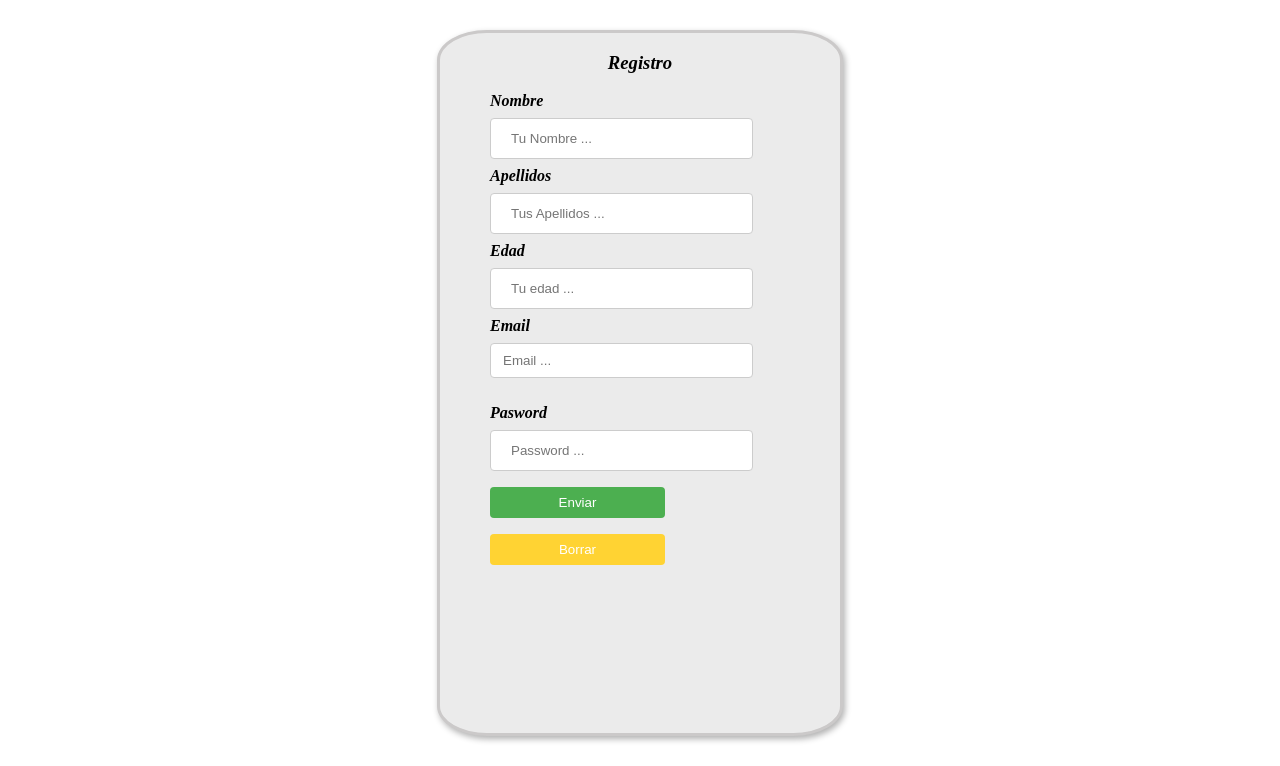
Repository: nachmz42/ProyectoJoker
Page: http://localhost/Joker/registro.jsp
An editor plug-in stored every save of this project. The page is shown before and after the next save, followed by the edit.
The browser window is 1280 px wide. The pictures show the whole page.
The page is served by Tomcat 9. Other server files are loaded and not shown.

Above is the page before, as saved 2021-07-02 13:07:56.

### Joker/src/main/webapp/registro.jsp
<%@ page language="java" contentType="text/html; charset=ISO-8859-1"
    pageEncoding="ISO-8859-1"%>
<!DOCTYPE html>
<html>
<head>
<meta charset="ISO-8859-1">
<title>Registro</title>
<link rel="stylesheet" href="STYLE/css/registro.css"></link>

</head>
<body>

<div class= "testbox">
<h3>Registro</h3>

<div class="form2">
  <form action="/Joker/ServletResgistro" method="post">
    <label for="nombre">Nombre</label><br>
    <input type="text" id="nombre" name="nombre" placeholder="Tu Nombre ..."><br>

    <label for="apellidos">Apellidos</label><br>
    <input type="text" id="apellidos" name="apellidos" placeholder="Tus Apellidos ..."><br>

    <label for="edad">Edad</label><br>
    <input type="text" id="edad" name="edad" placeholder="Tu edad ..."><br>

    <label for="email">Email</label><br>
    <input type="email" id="email" name="email" placeholder="Email ..."><br>
    <br>
    <label for="password">Pasword</label><br>
    <input type="text" id="password" name="password" placeholder="Password ...">  <br>

    <input type="submit" value="Enviar"><br>
    <input type="reset" value="Borrar"><br>
  </form>
</div>

</div>
</body>
</html>

### Joker/src/main/webapp/STYLE/css/registro.css
@charset "ISO-8859-1";



input[type=text], select {
	width: 75%;
	padding: 12px 20px;
	margin: 8px 0;
	display: inline-block;
	border: 1px solid #ccc;
	border-radius: 4px;
	box-sizing: border-box;
}

input[type=email], select {
	width: 75%;
	padding: 9px 12px;
	margin: 8px 0;
	display: inline-block;
	border: 1px solid #ccc;
	border-radius: 4px;
	box-sizing: border-box;
}

input[type=submit] {
	width: 50%;
	background-color: #4CAF50;
	color: white;
	padding: 8px 0px;
	margin: 8px 0;
	border: none;
	border-radius: 4px;
	cursor: pointer;
	Text-align: center;
}

input[type=reset] {
	width: 50%;
	background-color: #FFD333;
	color: white;
	padding: 8px 0px;
	margin: 8px 0;
	border: none;
	border-radius: 4px;
	cursor: pointer;
	Text-align: center;
}


.testbox {
	margin: 30px auto;
	width: 400px;
	height: 700px;
	-webkit-border-radius: 50px/30px;
	-moz-border-radius: 50px/30px;
	border-radius: 50px/30px;
	background-color: #ebebeb;
	-webkit-box-shadow: 2px 3px 6px rgba(0, 0, 0, .31);
	-moz-box-shadow: 2px 3px 6px rgba(0, 0, 0, .31);
	box-shadow: 2px 3px 6px rgba(0, 0, 0, .31);
	border: solid 3px #cbc9c9;
	Text-align: center;
	 font: oblique bold 100% cursive;
}





.form2 {
    Text-align: left;
    width: 350px;
    margin-left: 50px;
}

After the next save:
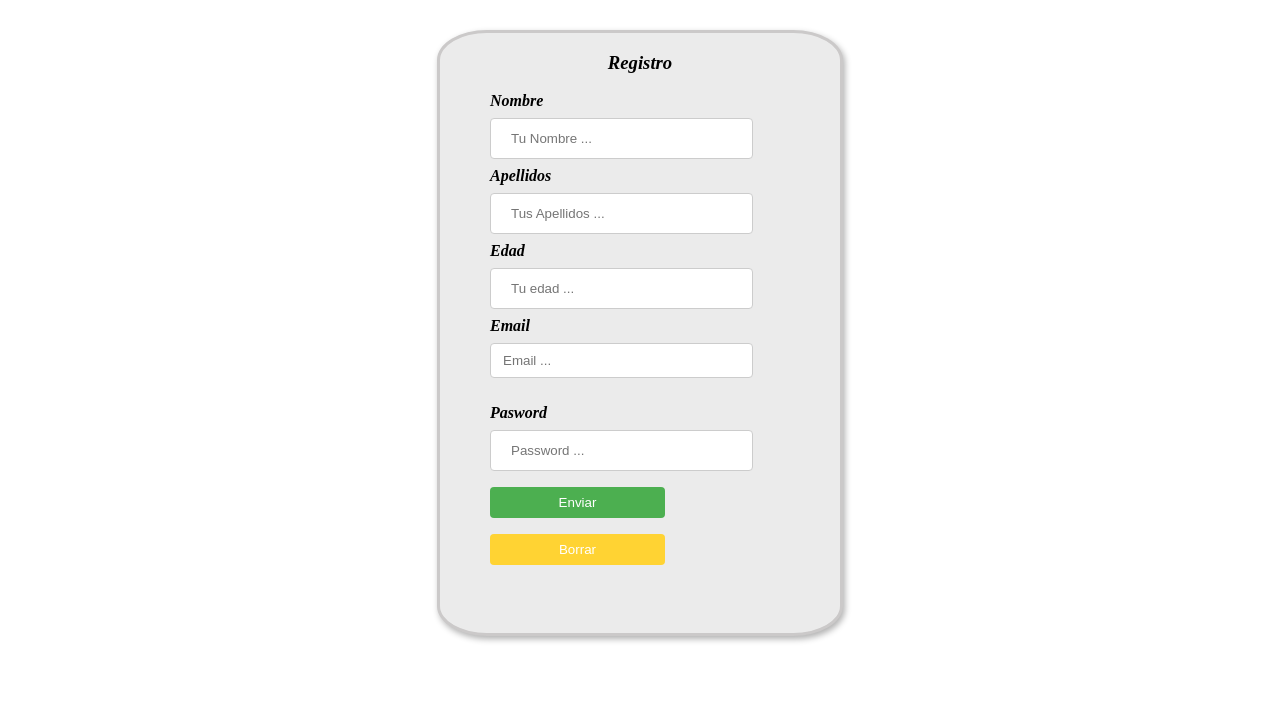
Saved 48 s later.
--- a/Joker/src/main/webapp/STYLE/css/registro.css
+++ b/Joker/src/main/webapp/STYLE/css/registro.css
@@ -50,7 +50,7 @@ input[type=reset] {
 .testbox {
 	margin: 30px auto;
 	width: 400px;
-	height: 700px;
+	height: 600px;
 	-webkit-border-radius: 50px/30px;
 	-moz-border-radius: 50px/30px;
 	border-radius: 50px/30px;
